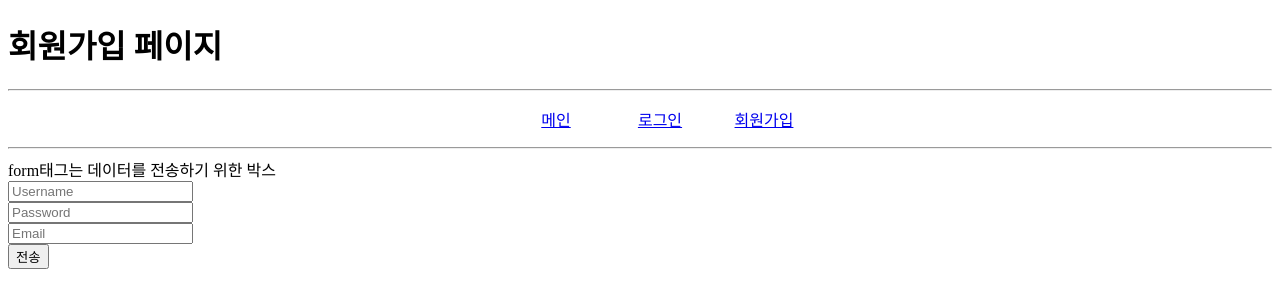
Repository: jchh0177/jsp-work
Page: http://localhost/cos/join.jsp
These files come from the project's save history. The page is drawn as it stood at one moment and after the next save; the edit follows.
The browser window is 1280 px wide. The pictures show the whole page.
The page is served by Tomcat 9.

Above is the page before, as saved 2020-08-22 02:52:11.

After the next save:
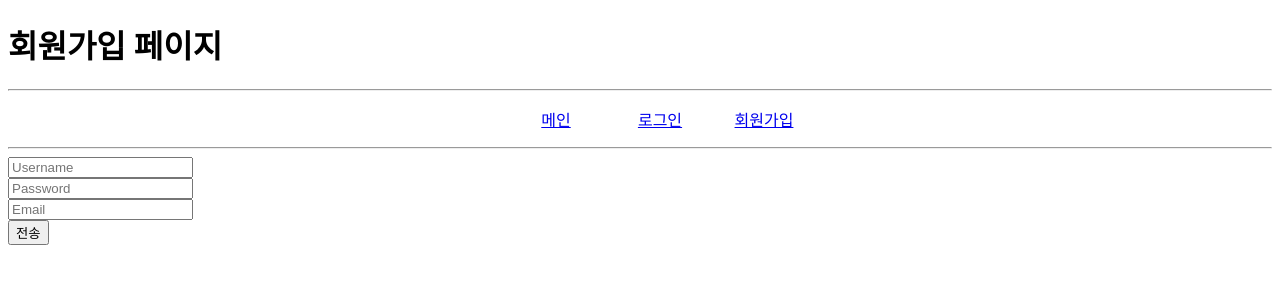
Saved 12 min 32 s later.
--- a/cos/WebContent/join.jsp
+++ b/cos/WebContent/join.jsp
@@ -19,12 +19,13 @@
 <h1>회원가입 페이지</h1>
 <hr/>
 <ul>
+
 	<li><a href="main.jsp">메인</a></li>
 	<li><a href="login.jsp">로그인</a></li>
 	<li><a href="join.jsp">회원가입</a></li>
 </ul>
 <hr/>
-form태그는 데이터를 전송하기 위한 박스
+<!-- form태그는 데이터를 전송하기 위한 박스 -->
 <form action="joinProc.jsp">
 	<input type= "text" name="username"  placeholder="Username"/> <br />
 	<input type= "password" name="password"  placeholder="Password"/> <br />
